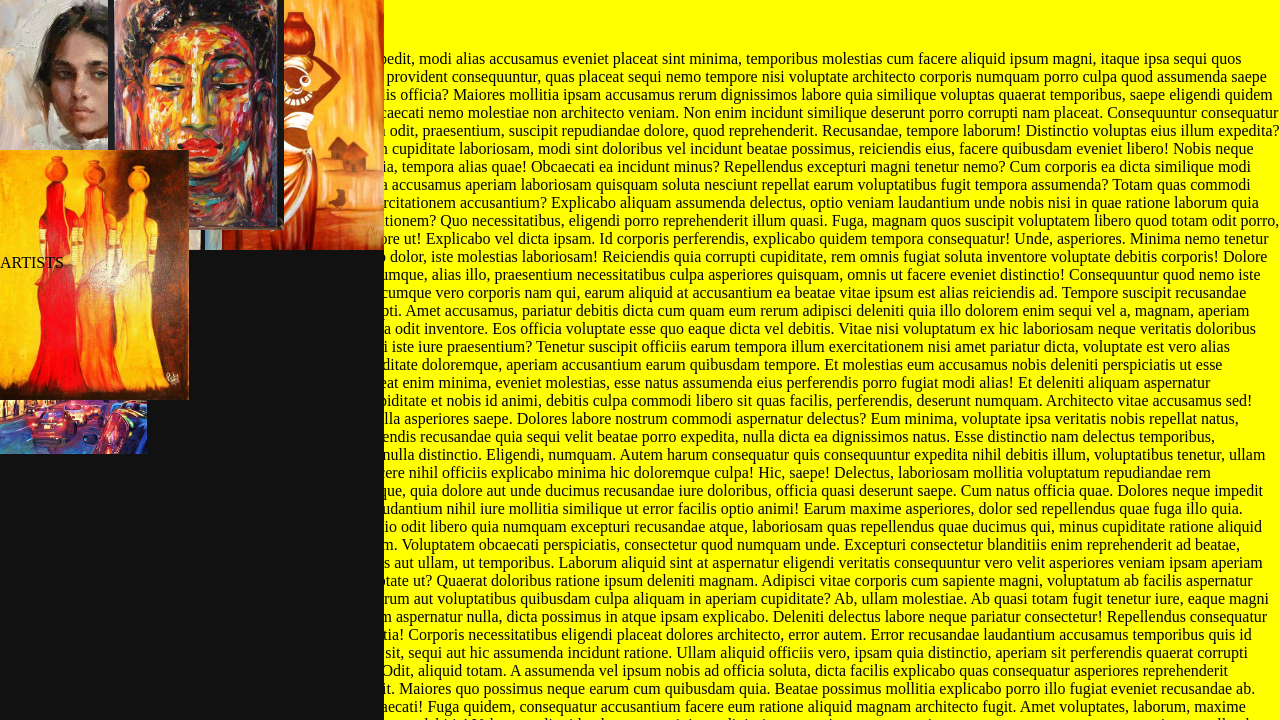
Repository: prathyushaa5/artgallery
Page: index/artists.html
These files come from the project's save history. The page is drawn as it stood at one moment and after the next save; the edit follows.
The browser window is 1280 px wide. The pictures show the whole page.
An inner scrolling area shows only its first screen.

Above is the page before, as saved 2023-11-20 21:15:50.

After the next save:
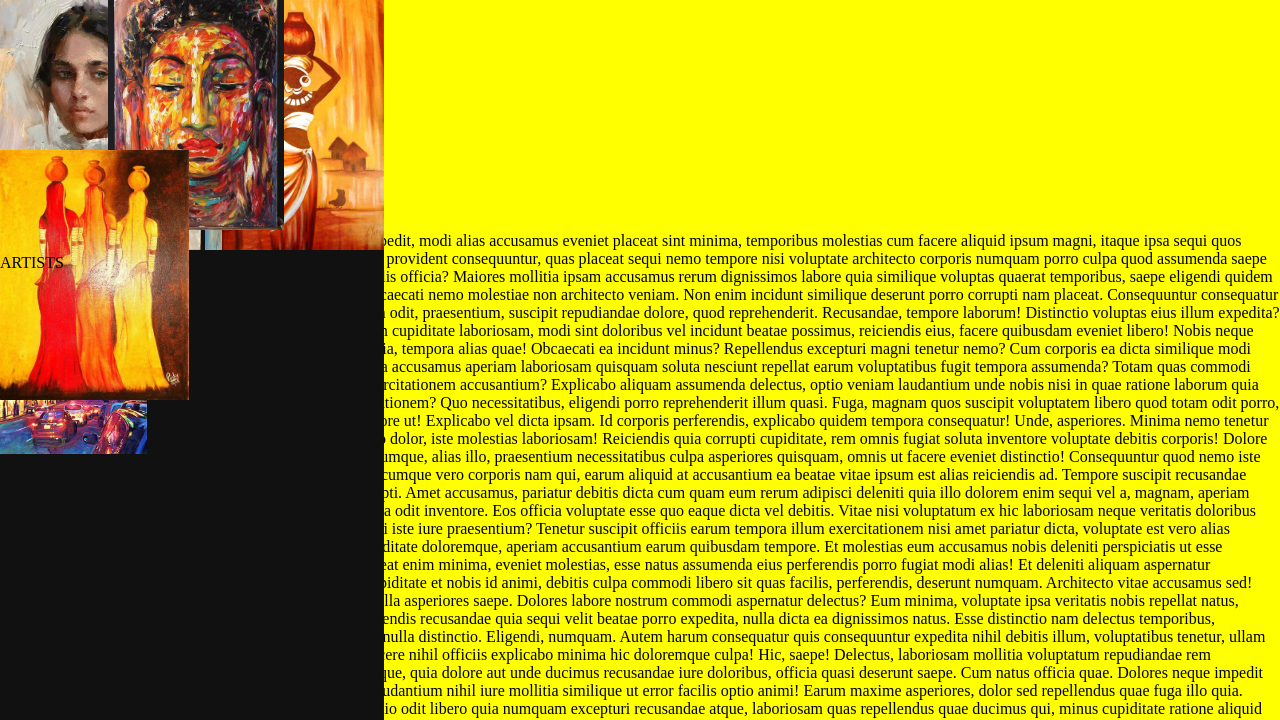
Saved 23 s later.
--- a/index/artists.html
+++ b/index/artists.html
@@ -47,6 +47,8 @@
 }
 p{
 color:white;
+height:200px;
+width:100%;
 }
 
 #part2{

After the save that followed:
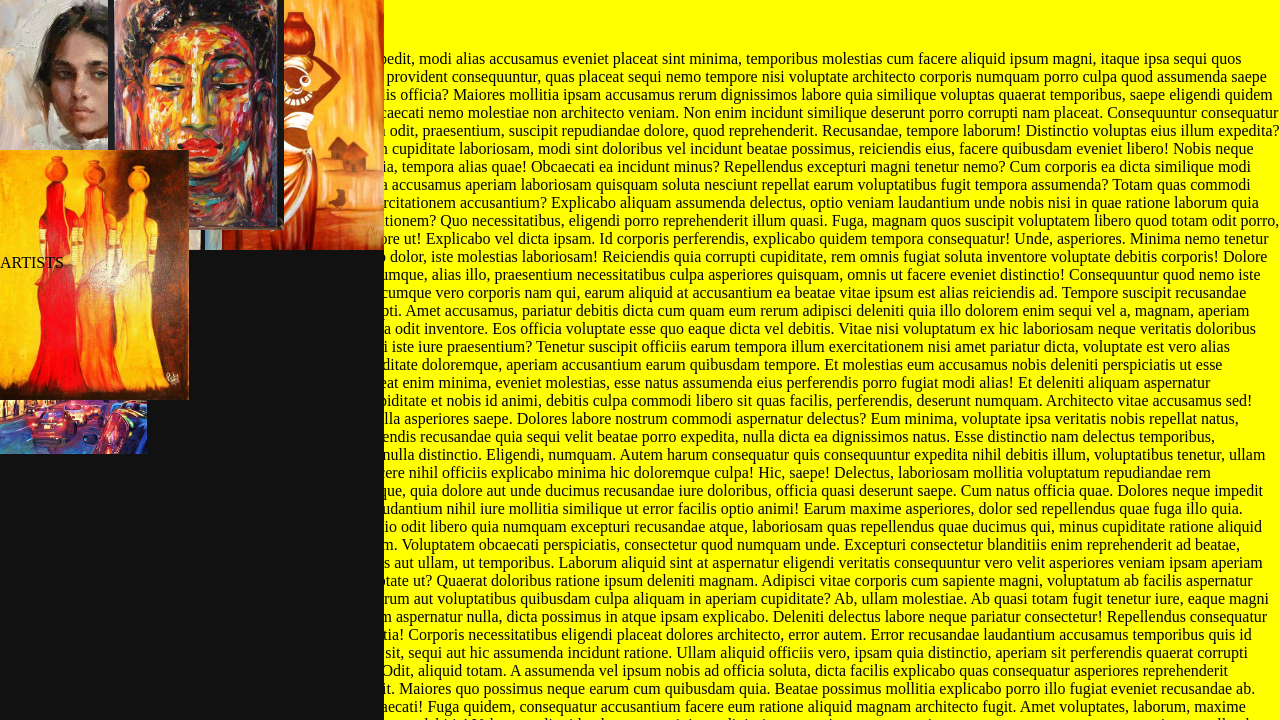
Saved 29 s later.
--- a/index/artists.html
+++ b/index/artists.html
@@ -47,8 +47,6 @@
 }
 p{
 color:white;
-height:200px;
-width:100%;
 }
 
 #part2{
@@ -59,6 +57,8 @@
 #artists{
     position:absolute;
     z-index:1000;
+    height:200px;
+    width:100%;
 }
 </style>
 <body>
